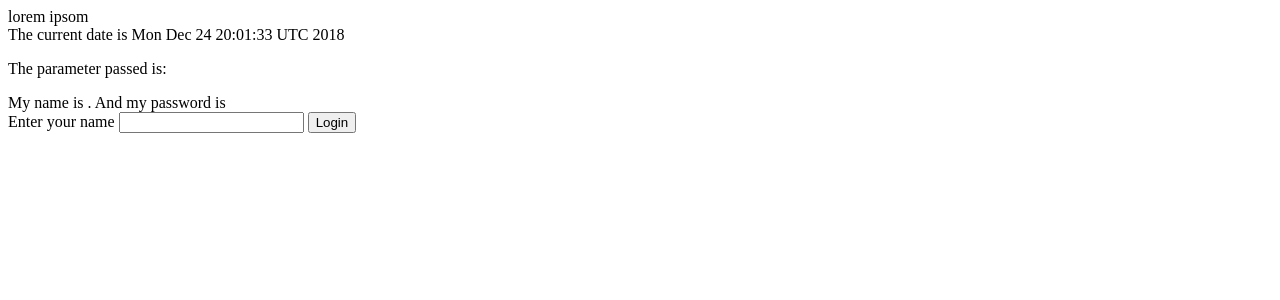
Repository: overbejt/UdemySpringMVC
Page: http://localhost/hello-World/login.do
These files come from the project's save history. The page is drawn as it stood at one moment and after the next save; the edit follows.
The browser window is 1280 px wide. The pictures show the whole page.
The page is served by Tomcat 9.

Above is the page before, as saved 2018-12-27 07:53:03.

After the next save:
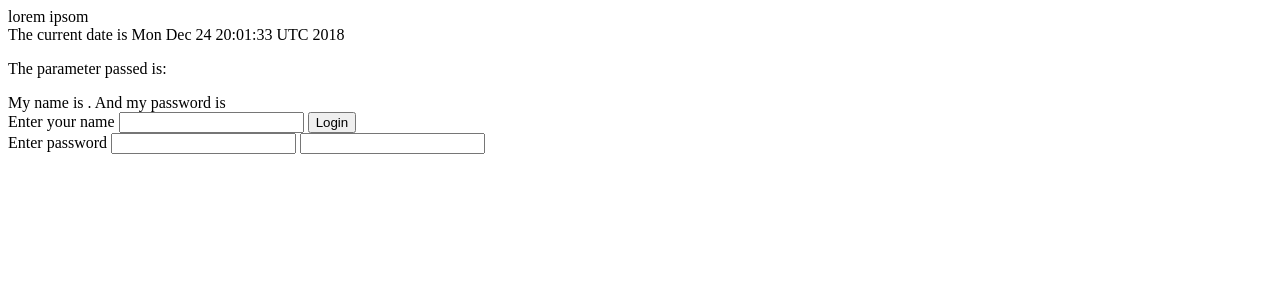
Saved 5 min 1 s later.
--- a/hello-World/src/main/webapp/WEB-INF/views/login.jsp
+++ b/hello-World/src/main/webapp/WEB-INF/views/login.jsp
@@ -36,6 +36,9 @@ My name is ${name}.  And my password is ${password}
 <form action="/login.do" method="post">
 Enter your name <input type="text" name="name"/>
 <input type="submit" value="Login"/>
+<br>
+Enter password <input type="text" name="password"/>
+<input type="password"/>
 </form>
 </div>
 
